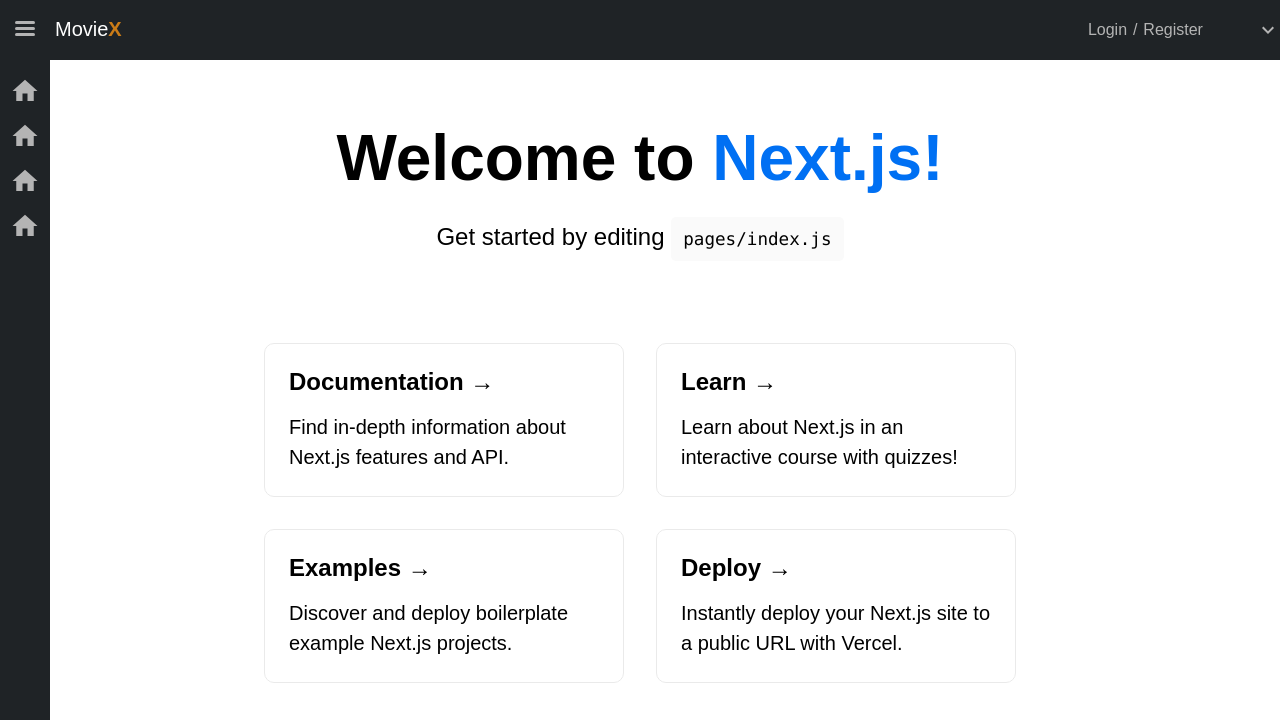
Repository: Amad-Mlinka/MovieTVBrowserNext
Page: /
An editor plug-in stored every save of this project. The page is shown before and after the next save, followed by the edit.
The browser window is 1280 px wide. The pictures show the whole page.
An inner scrolling area shows only its first screen. The project was rebuilt for these pictures with package versions that can differ from the ones it lists, and the page was loaded fresh each time. The framework's server and built-in components were replaced by stand-ins that run in the browser. Also part of the build but not shown: next.config.js.

Above is the page before, as saved 2021-08-03 20:14:57.

### pages/_app.js
import Layout from '../components/layout/Layout'
import '../styles/globals.scss'


function MyApp({ Component, pageProps }) {
  return (
    <Layout>
      <Component {...pageProps} />
    </Layout>


  )
}

export default MyApp

### components/layout/Layout.tsx
import React from 'react'
import Header from "../header/Header"

const Layout = ({children}) => {
    return (
        <>
        <Header/>
        <main>
            {children}
        </main>
        </>

    )
}

export default Layout

### styles/globals.scss
html, body {
  overflow-x: hidden;
  height: 100%;
}
body {
  background: #fff;
  padding: 0;
  margin: 0;
  font-family: 'Varela Round', sans-serif;
}

a {
  color: inherit;
  text-decoration: none;
}

* {
  box-sizing: border-box;
}

### styles/Home.module.scss
.container {
  min-height: 100vh;
  padding: 0 0.5rem;
  display: flex;
  flex-direction: column;
  justify-content: center;
  align-items: center;
  height: 100vh;
}

.main {
  padding: 5rem 0;
  flex: 1;
  display: flex;
  flex-direction: column;
  justify-content: center;
  align-items: center;
}

.footer {
  width: 100%;
  height: 100px;
  border-top: 1px solid #eaeaea;
  display: flex;
  justify-content: center;
  align-items: center;
}

.footer a {
  display: flex;
  justify-content: center;
  align-items: center;
  flex-grow: 1;
}

.title a {
  color: #0070f3;
  text-decoration: none;
}

.title a:hover,
.title a:focus,
.title a:active {
  text-decoration: underline;
}

.title {
  margin: 0;
  line-height: 1.15;
  font-size: 4rem;
}

.title,
.description {
  text-align: center;
}

.description {
  line-height: 1.5;
  font-size: 1.5rem;
}

.code {
  background: #fafafa;
  border-radius: 5px;
  padding: 0.75rem;
  font-size: 1.1rem;
  font-family: Menlo, Monaco, Lucida Console, Liberation Mono, DejaVu Sans Mono,
    Bitstream Vera Sans Mono, Courier New, monospace;
}

.grid {
  display: flex;
  align-items: center;
  justify-content: center;
  flex-wrap: wrap;
  max-width: 800px;
  margin-top: 3rem;
}

.card {
  margin: 1rem;
  padding: 1.5rem;
  text-align: left;
  color: inherit;
  text-decoration: none;
  border: 1px solid #eaeaea;
  border-radius: 10px;
  transition: color 0.15s ease, border-color 0.15s ease;
  width: 45%;
}

.card:hover,
.card:focus,
.card:active {
  color: #0070f3;
  border-color: #0070f3;
}

.card h2 {
  margin: 0 0 1rem 0;
  font-size: 1.5rem;
}

.card p {
  margin: 0;
  font-size: 1.25rem;
  line-height: 1.5;
}

.logo {
  height: 1em;
  margin-left: 0.5rem;
}

@media (max-width: 600px) {
  .grid {
    width: 100%;
    flex-direction: column;
  }
}

### components/header/Header.tsx
/*Imports */
import React, { useState } from 'react'

/*Material components*/
import Avatar from '@material-ui/core/Avatar';

/*Icons*/
import KeyboardArrowDownIcon from '@material-ui/icons/KeyboardArrowDown';
import HomeIcon from '@material-ui/icons/Home';
import SearchIcon from '@material-ui/icons/Search';

/*Import Plugins*/
import $ from "jquery";

/*Styles*/
import headerStyles from "../../styles/Header.module.scss"




const Header = () => {
    const [hamburger, setHamburger] = useState(false)
    const hamburgerToggle = () => {
        setHamburger(!hamburger);

        $(`.${headerStyles.sidebar}`).addClass(`${headerStyles.sidebarActive}`)

    }
    return (
        <>
            <header className={headerStyles.header}>
                <div className={headerStyles.left}>
                    <div className={headerStyles.hamburgerLogo}>
                        <div className={headerStyles.hamburger} onClick={hamburgerToggle}>
                            <div className={`${headerStyles.spinner} ${headerStyles.diagonal} ${hamburger ? headerStyles.part1Active : ""}`}></div>
                            <div className={`${headerStyles.spinner} ${headerStyles.horizontal} ${hamburger ? headerStyles.horizontalActive : ""}`}></div>
                            <div className={`${headerStyles.spinner} ${headerStyles.diagonal} ${hamburger ? headerStyles.part2Active : ""}`}></div>
                        </div>
                        <div data-end="X" className={headerStyles.logo}>
                            <span>Movie</span>
                        </div>
                    </div>

                    <div className={headerStyles.search}>
                        <div className={headerStyles.searchContainer}>
                            <SearchIcon className={headerStyles.searchIcon} />
                            <input type="search" name="searchBar" className={headerStyles.searchBar} ></input>
                        </div>

                    </div>
                </div>
                <div className={headerStyles.right}>
                    <KeyboardArrowDownIcon className={headerStyles.expandButton} />
                    <div className={headerStyles.profile}>
                        <div className={`${headerStyles.loggedIn} ${headerStyles.dNone}`}>

                            <Avatar className={headerStyles.avatar} alt="Amad Mlinaric"> AM </Avatar>
                        </div>
                        <div className={`${headerStyles.notLoggedIn}`}>
                            <div className={headerStyles.loginRegister}>
                                <div className={headerStyles.login}>
                                    <span>Login</span>
                                </div>
                                <span>/</span>
                                <div className={headerStyles.register}>
                                    <span>Register</span>
                                </div>
                            </div>
                        </div>
                    </div>
                </div>

            </header>
            <div className={`${headerStyles.sidebar} ${hamburger ? headerStyles.sidebarActive : ""}`}>

                <div className={headerStyles.sidebarMenu}>
                    <ul className={`${headerStyles.sidebarList}`}>
                        <li className={headerStyles.sidebarLink}>
                            <HomeIcon className={headerStyles.sidebarIcon} />
                            <span className= {`${headerStyles.sidebarText}  ${hamburger ? headerStyles.sidebarTextActive : ""}`}>Home</span>
                        </li>
                        <li className={headerStyles.sidebarLink}>
                            <HomeIcon className={headerStyles.sidebarIcon} />
                            <span className= {`${headerStyles.sidebarText}  ${hamburger ? headerStyles.sidebarTextActive : ""}`}>Movies</span>
                        </li>
                        <li className={headerStyles.sidebarLink}>
                            <HomeIcon className={headerStyles.sidebarIcon} />
                            <span className= {`${headerStyles.sidebarText}  ${hamburger ? headerStyles.sidebarTextActive : ""}`}>TV Shows</span>
                        </li>
                        <li className={headerStyles.sidebarLink}>
                            <HomeIcon className={headerStyles.sidebarIcon} />
                            <span className= {`${headerStyles.sidebarText}  ${hamburger ? headerStyles.sidebarTextActive : ""}`}>Languages</span>
                        </li>
                    </ul>
                </div>

            </div>

        </>

    )
}

export default Header

### styles/Header.module.scss
@import "variables.scss";
@import "general.scss";
//***************************Header***************************//

.header {
    display: flex;
    flex-direction: row;
    justify-content: space-between;
    position: relative;
    top: 0;
    left: 0;
    width: 100%;
    background: $base-color;
    height: 60px;
}
.header {
    display: flex;
    flex-direction: row;
    justify-content: space-between;
    position: relative;
    top: 0;
    left: 0;
    width: 100%;
    background: $base-color;
    height: 60px;
}
.left {
    display: flex;
    flex-direction: row;
    width: 50%;
    justify-content: flex-start;
    align-items: center;
    height: 100%;
}
.hamburgerLogo {
    display: flex;
    flex-direction: row;
}
.hamburger {
    box-sizing: border-box;
    cursor: pointer;
    z-index: 99;
    height: 25px;
    width: 25px;
    margin: 0px 15px;
}
.spinner {
    box-sizing: border-box;
    position: absolute;
    height: 3px;
    width: 20px;
    background-color: #b4b4b4;
    border-radius: 5px;
    margin-top: 3px;
}
.horizontal {
    box-sizing: border-box;
    position: relative;
    transition: all ease-out 0.3s;
}
.horizontalActive{
    display: none;
}
.diagonal {
    box-sizing: border-box;
    position: relative;
    transition: all ease-out 0.3s;
}
.part1Active{
    transform: rotate(
        45deg
        );
        top: 4px;

}
.part2Active{
    transform: rotate(
        315deg
        );
    bottom: 2px;
}
.logo {
    &::after {
        content: "X";
        color: $secondary-color;
        font-weight: bolder;
        font-size: 20px;
    }
    span{
        display: none;
    }
    font-size: 20px;
    color: white;

}
.search {
    position: absolute;
    left: 0;
    top: 60px;
    background: $base-color;
    width: 100%;
    display: flex;
    flex-direction: column;
    justify-content: center;
    align-items: center;

}
.searchContainer{
    width: 80%;
    display: none;
}
.searchIcon {
    position: absolute;
    margin: 10px 15px;
    color: #b4b4b4;
    height: 20px;
}

.searchBar {
    width: 100%;
    background: #303437;
    border: 0;
    height: 40px;
    border-radius: 5px;
    padding-left: 45px;
    caret-color: black;
    transition: background 0.3s ease-in-out;
    margin-bottom: 20px;
    &:focus {
        background: white;
        outline: none;
    }
}
.right{
    height: 100%;
    display: flex;
    flex-direction: row-reverse;
    align-items: center;
    width: 50%;
}
.expandButton{
    font-size: 40px;
    color: $tertiary-color;

}
.profile{
    display: flex;
    flex-direction: row;
    justify-content:flex-start;
   .loggedIn{
       display: flex;
   }
    .notLoggedIn{
        .loginRegister{
            display: flex;
            flex-direction: row;
            justify-content: space-between;
            color: #b4b4b4;
            width: 115px;
            margin-right: 10px;
        }

    }
}

@include breakpoint(min-tablet){


    .header {
        display: flex;
        flex-direction: row;
        justify-content: space-between;
        position: relative;
        top: 0;
        left: 0;
        width: 100%;
        background: $base-color;
        height: 60px;
    }
    .left {
        display: flex;
        flex-direction: row;
        width: 50%;
        justify-content: flex-start;
        align-items: center;
        height: 100%;
    }
    .logo {
        font-size: 20px;
        color: white;
        span{
            display: inline;
        }
        &::after {
            content: attr(data-end);
            color: $secondary-color;
            font-weight: bolder;
        }
    }
    .search {
        position: relative;
        margin-left: 10px;
        top: 0;
        left: 0;
    }

    .expandButton{
        display: none;
    }
    .searchIcon {
        position: absolute;
        margin: 10px 15px;
        color: #b4b4b4;
        height: 20px;
    }

    .searchBar {
        width: 250px;
        background: #303437;
        border: 0;
        height: 40px;
        border-radius: 5px;
        padding-left: 45px;
        caret-color: black;
        transition: background 0.3s ease-in-out;
        margin: 0;
        &:focus {
            background: white;
            outline: none;
        }
    }
    .right{
        height: 100%;
        display: flex;
        flex-direction: row-reverse;
        align-items: center;
        width: 50%;
    }
    .profile{
        display: flex;
        flex-direction: row;
        width: 33%;
        justify-content: center;
        .loggedIn{
            .avatar{
                margin-left: 45px;
            }
        }
        .notLoggedIn{
            .loginRegister{
                display: flex;
                flex-direction: row;
                justify-content: space-between;
                color: #b4b4b4;
                width: 115px;
            }

        }
    }


}

//****************************/Header/***************************//
//***************************Sidebar***************************//

.sidebar{
    position: fixed;
    width: 50px;
    height: 100%;
    transition: width .5s;
    background: $base-color;
    display: flex;
    flex-direction: column;
    overflow: hidden;
}
.sidebarActive{
    width: 350px;
}

.sidebarList{
    list-style-type: none;
    padding: 0;
    width: 100%;

    .sidebarLink{
        margin-top: 15px;
        display: flex;
        align-items: center;
    }
    .sidebarText{
        margin-left: 20px;
        color: $tertiary-color;
        width: 100px;
        transition: all .5s;
        display: none;
        max-height: 19px;
        min-width: 73px;

    }
    .sidebarTextActive{
        display: block;

    }
    svg{
        color: $tertiary-color;
        font-size: 30px;
        margin-left: 10px;

    }
}

### styles/variables.scss
$base-color:#1f2326;
$secondary-color:#cb7c17;
$tertiary-color:#b4b4b4;

@mixin breakpoint($point) {
    @if $point == min-desktop {
      @media (min-width: 993px) { @content ; }
   }
    @else if $point == min-laptop {
      @media (min-width: 769px) { @content ; }
   }
     @else if $point == min-tablet {
      @media (min-width: 593px) { @content ; }
   }
   @else if $point == min-mobile {
      @media (min-width: 0px)  { @content ; }

   }@else if $point == max-desktop {
      @media (max-width: 1200px) { @content ; }

   }@else if $point == max-laptop {
      @media (max-width: 992px) { @content ; }
   }
     @else if $point == max-tablet {
      @media (max-width: 768px) { @content ; }
   }
   @else if $point == max-mobile {
      @media (max-width: 592px)  { @content ; }

   }
 }

### styles/general.scss
.dNone{
    display: none !important;
}
.dBlock{
    display: block !important;
}

Loaded but not shown: pages/index.js (common file)

After the next save:
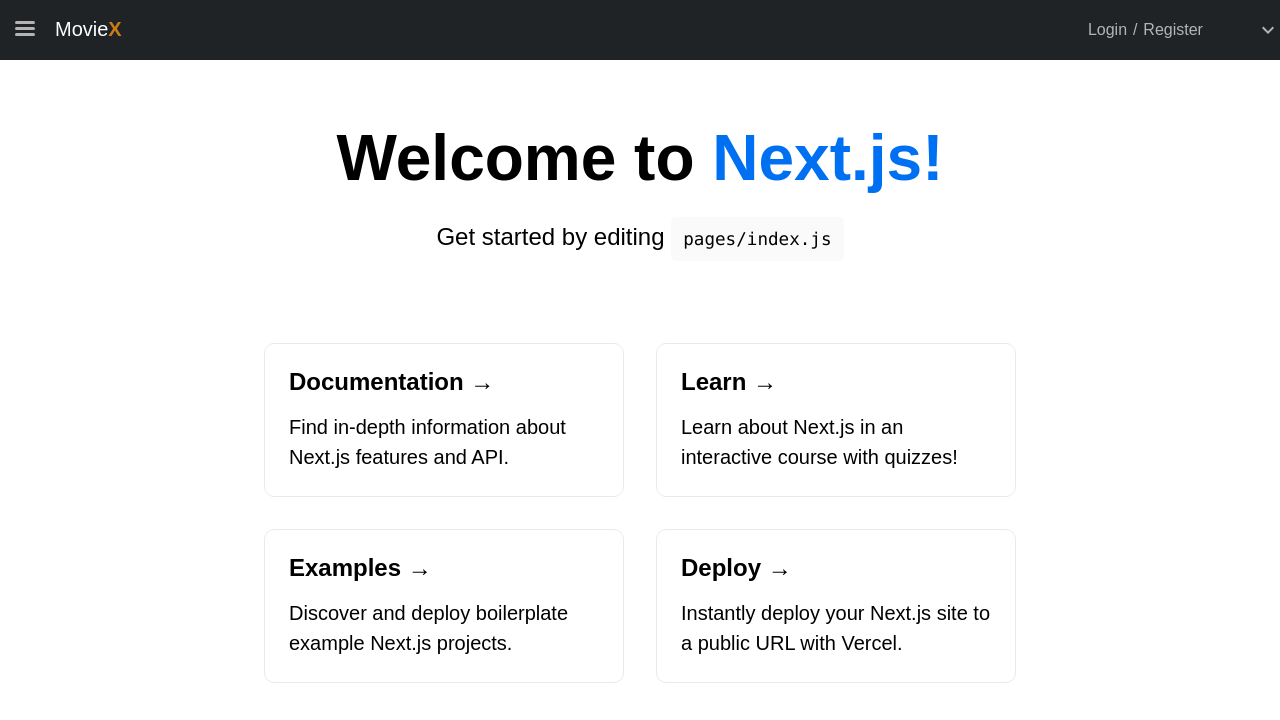
Saved 23 s later.
--- a/components/header/Header.tsx
+++ b/components/header/Header.tsx
@@ -71,30 +71,7 @@
                 </div>
 
             </header>
-            <div className={`${headerStyles.sidebar} ${hamburger ? headerStyles.sidebarActive : ""}`}>
 
-                <div className={headerStyles.sidebarMenu}>
-                    <ul className={`${headerStyles.sidebarList}`}>
-                        <li className={headerStyles.sidebarLink}>
-                            <HomeIcon className={headerStyles.sidebarIcon} />
-                            <span className= {`${headerStyles.sidebarText}  ${hamburger ? headerStyles.sidebarTextActive : ""}`}>Home</span>
-                        </li>
-                        <li className={headerStyles.sidebarLink}>
-                            <HomeIcon className={headerStyles.sidebarIcon} />
-                            <span className= {`${headerStyles.sidebarText}  ${hamburger ? headerStyles.sidebarTextActive : ""}`}>Movies</span>
-                        </li>
-                        <li className={headerStyles.sidebarLink}>
-                            <HomeIcon className={headerStyles.sidebarIcon} />
-                            <span className= {`${headerStyles.sidebarText}  ${hamburger ? headerStyles.sidebarTextActive : ""}`}>TV Shows</span>
-                        </li>
-                        <li className={headerStyles.sidebarLink}>
-                            <HomeIcon className={headerStyles.sidebarIcon} />
-                            <span className= {`${headerStyles.sidebarText}  ${hamburger ? headerStyles.sidebarTextActive : ""}`}>Languages</span>
-                        </li>
-                    </ul>
-                </div>
-
-            </div>
 
         </>
 
